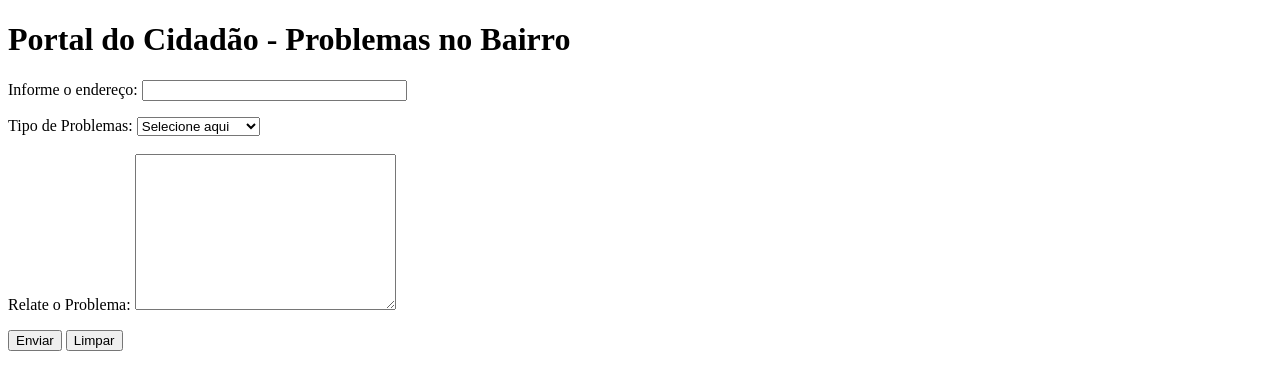
Repository: Marcelinalima/Java_JSP
Page: formulario_ex/src/main/webapp/reclamacoes.html
An editor plug-in stored every save of this project. The page is shown before and after the next save, followed by the edit.
The browser window is 1280 px wide. The pictures show the whole page.

Above is the page before, as saved 2023-04-17 15:53:17.

After the next save:
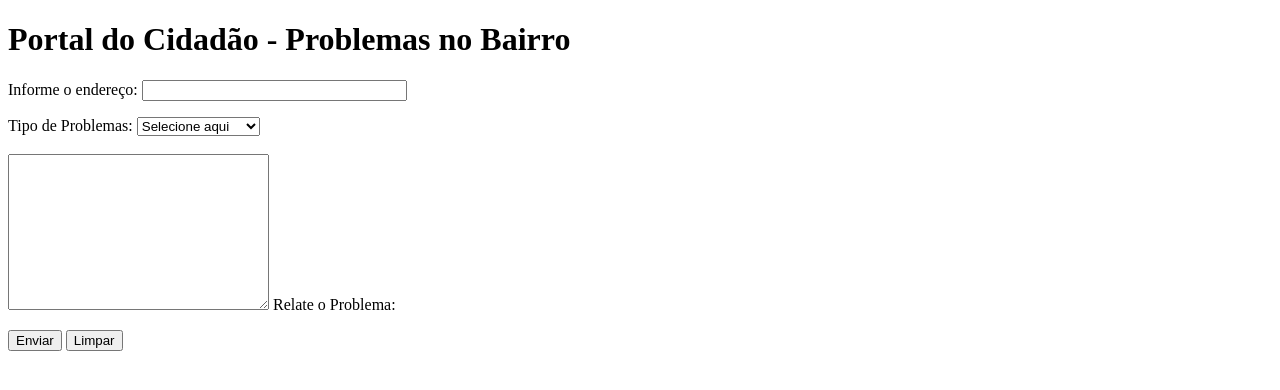
Saved 8 min 37 s later.
--- a/formulario_ex/src/main/webapp/reclamacoes.html
+++ b/formulario_ex/src/main/webapp/reclamacoes.html
@@ -21,10 +21,9 @@
 		<option value="escolas">Escolas</option>
 	    </select>
 	    <br><br>
-	     <label for="Relate o Problema">Relate o Problema:</label>
-		 <textarea name="message" rows="10" cols="30">
 
-		 </textarea>
+		 <textarea name="message" rows="10" cols="30"></textarea>
+		 <label for="Relate o Problema">Relate o Problema:</label>
 
 
 		<p>

After the save that followed:
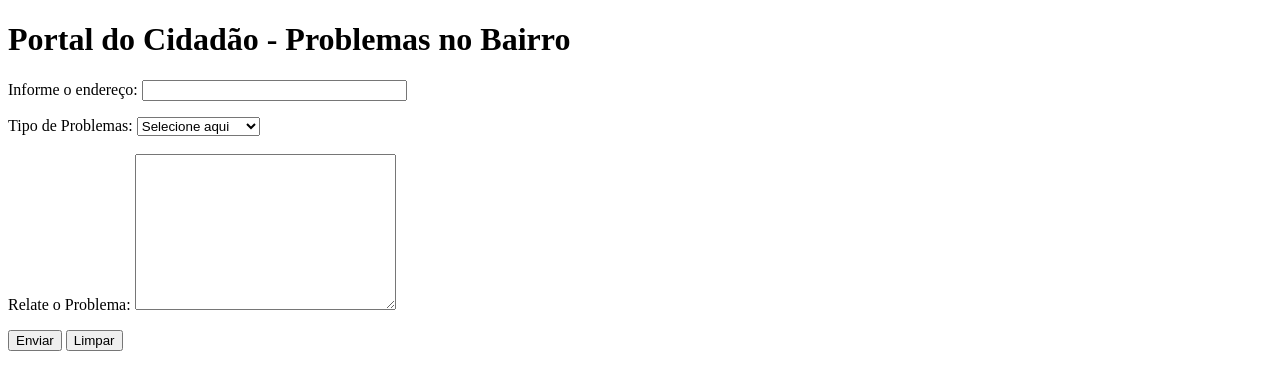
Saved 103 s later.
--- a/formulario_ex/src/main/webapp/reclamacoes.html
+++ b/formulario_ex/src/main/webapp/reclamacoes.html
@@ -21,9 +21,9 @@
 		<option value="escolas">Escolas</option>
 	    </select>
 	    <br><br>
+	     <label for="Relate o Problema">Relate o Problema:</label>
+		 <textarea name="message" rows="10" cols="30"></textarea>
 
-		 <textarea name="message" rows="10" cols="30"></textarea>
-		 <label for="Relate o Problema">Relate o Problema:</label>
 
 
 		<p>
